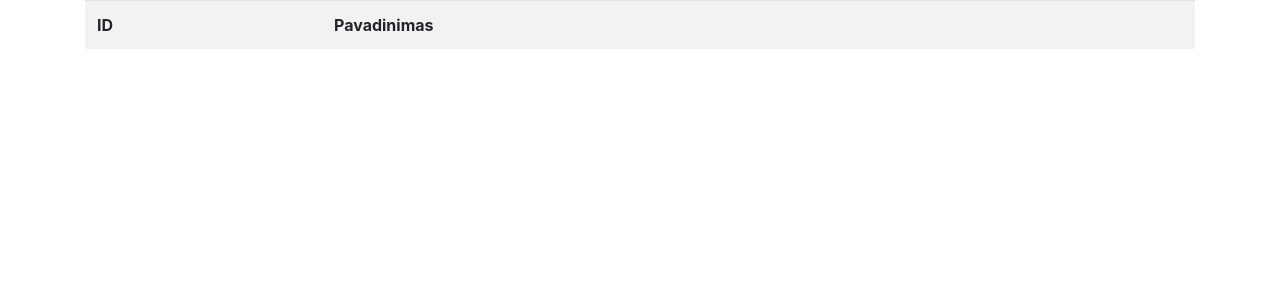
Repository: motiejus1/17-paskaita-PHP-05.31
Page: http://localhost/
An editor plug-in stored every save of this project. The page is shown before and after a run of saves, followed by the edit.
The browser window is 1280 px wide. The pictures show the whole page.
Some web libraries are served in a nearby version. The page is run by PHP 8.4 with error messages shown; the project is at /var/www/html/. Queries for data that is not in the repository find no rows.

Above is the page before, as saved 2021-09-16 18:49:57.

After the next 2 saves:
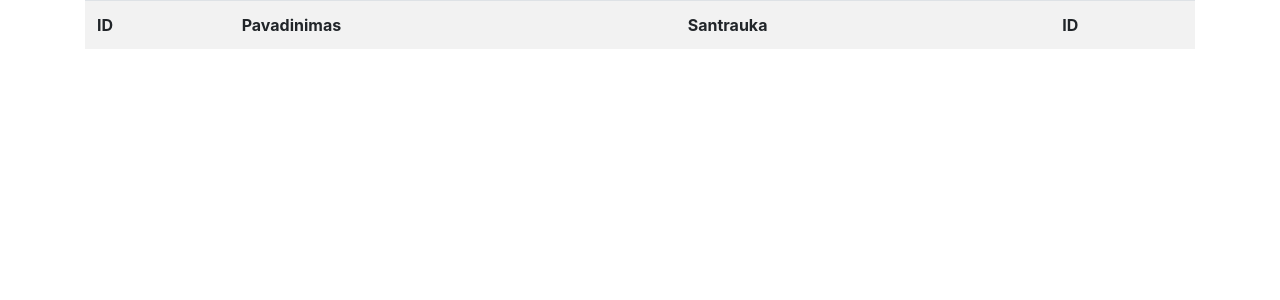
The 2 saves are shown as one change because they came seconds apart.
The last was saved 7 s later.
--- a/index.php
+++ b/index.php
@@ -18,7 +18,8 @@
             <tr>
                 <th>ID</th>
                 <th>Pavadinimas</th>
-                <th></th>
+                <th>Santrauka</th>
+                <th>ID</th>
             </tr>
 
             <?php
